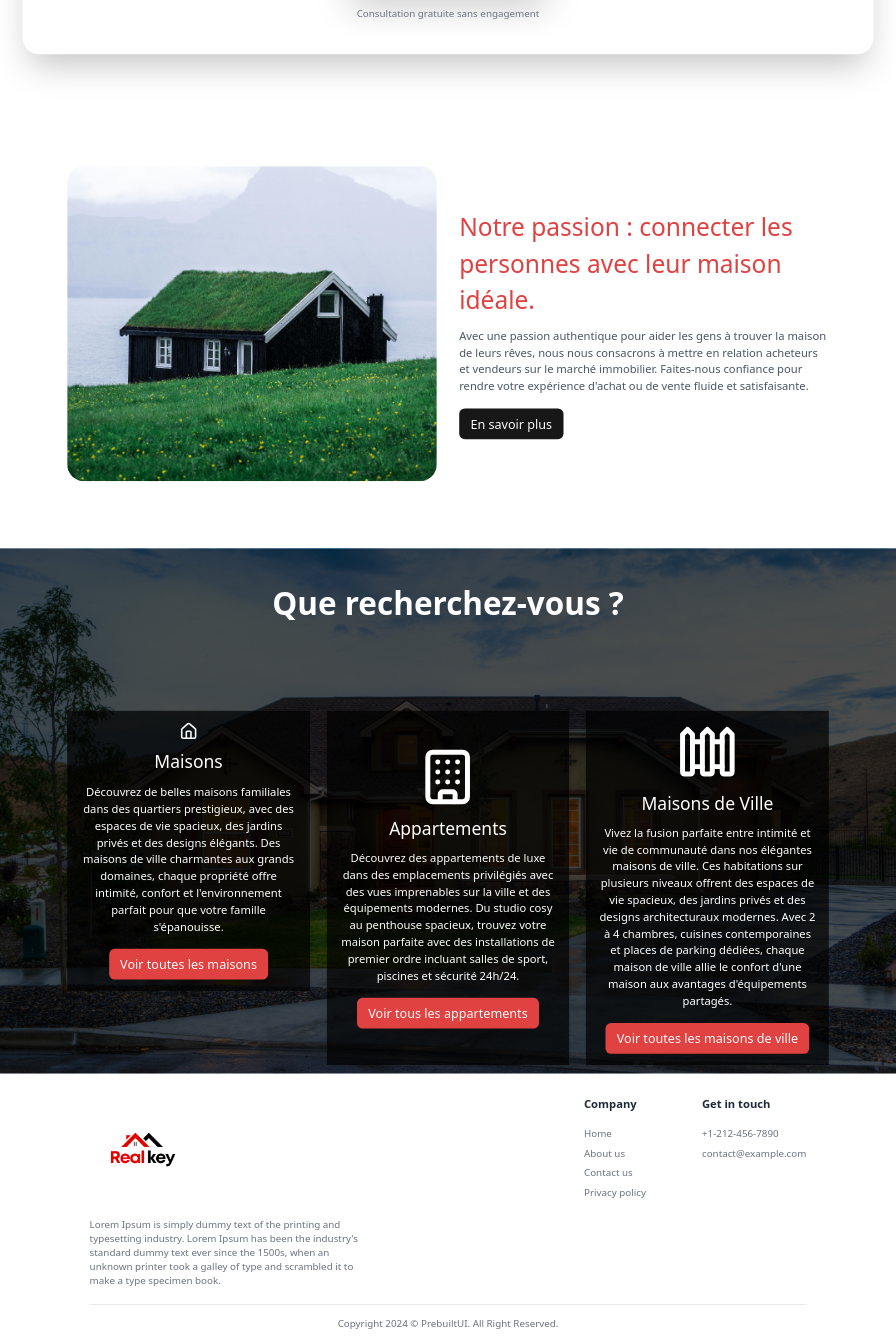
Repository: lamatmed/Real-Key
Page: /
These files come from the project's save history. The page is drawn as it stood at one moment and after a run of saves; the edit follows.
The browser window is 1280 px wide. The pictures show the part of the page from y = 3539 to 5459 px (the page is 5459 px tall before and 5439 px after), at 70% of full size.
The page's requests for data from a server got no answer. The project was rebuilt for these pictures with package versions that can differ from the ones it lists, and the page was loaded fresh each time. Some packages were replaced by stand-ins written for this rebuild. The framework's server and built-in components were replaced by stand-ins that run in the browser. No one was signed in, and anything a server would have sent is missing. Also part of the build but not shown: next.config.ts, app/_components/PropertyCard.tsx.

Above is the page before, as saved 2025-09-28 15:17:07.

### app/layout.tsx
import type { Metadata } from "next";
import { Geist, Geist_Mono } from "next/font/google";
import './globals.css'
import { ClerkProvider } from "@clerk/nextjs";
import { ConvexClientProvider } from "./ConvexClientProvider";
import Navbar from "./_components/Navbar";
import ConnectUserToConvext from "./ConnectUserToConvext";
import Footer from "./_components/Footer";

const geistSans = Geist({
  variable: "--font-geist-sans",
  subsets: ["latin"],
});

const geistMono = Geist_Mono({
  variable: "--font-geist-mono",
  subsets: ["latin"],
});

export const metadata: Metadata = {
  title: "Real Key",
  description: "Full Real Estate website",
};

export default function RootLayout({
  children,
}: Readonly<{
  children: React.ReactNode;
}>) {
  return (
    <ConvexClientProvider>
     <ClerkProvider>
    <html lang="en">
      <body
        className={`${geistSans.variable} ${geistMono.variable} antialiased`}
      >

        <Navbar/>
       <ConnectUserToConvext/>
        {children}
        <Footer/>

      </body>
    </html>
    </ClerkProvider>
    </ConvexClientProvider>
  );
}

### app/page.tsx

import Hero from "./_components/Hero";
import FeaturedProperties from "./_components/FeaturedProperties";
import WhatWeDo from "./_components/WhatWeDo";
import ConnectingPeople from "./_components/ConnectingPeople";
import WhatClientWant from "./_components/WhatClientWant";

export default function Home() {
  return (
    <div className="">

      <Hero/>
      <FeaturedProperties/>
      <WhatWeDo/>
      <ConnectingPeople/>
      <WhatClientWant/>

    </div>
  )
}

### app/globals.css
@import "tailwindcss";
@import "tw-animate-css";

@custom-variant dark (&:is(.dark *));

@theme inline {
  --color-background: var(--background);
  --color-foreground: var(--foreground);
  --font-sans: var(--font-geist-sans);
  --font-mono: var(--font-geist-mono);
  --color-sidebar-ring: var(--sidebar-ring);
  --color-sidebar-border: var(--sidebar-border);
  --color-sidebar-accent-foreground: var(--sidebar-accent-foreground);
  --color-sidebar-accent: var(--sidebar-accent);
  --color-sidebar-primary-foreground: var(--sidebar-primary-foreground);
  --color-sidebar-primary: var(--sidebar-primary);
  --color-sidebar-foreground: var(--sidebar-foreground);
  --color-sidebar: var(--sidebar);
  --color-chart-5: var(--chart-5);
  --color-chart-4: var(--chart-4);
  --color-chart-3: var(--chart-3);
  --color-chart-2: var(--chart-2);
  --color-chart-1: var(--chart-1);
  --color-ring: var(--ring);
  --color-input: var(--input);
  --color-border: var(--border);
  --color-destructive: var(--destructive);
  --color-accent-foreground: var(--accent-foreground);
  --color-accent: var(--accent);
  --color-muted-foreground: var(--muted-foreground);
  --color-muted: var(--muted);
  --color-secondary-foreground: var(--secondary-foreground);
  --color-secondary: var(--secondary);
  --color-primary-foreground: var(--primary-foreground);
  --color-primary: var(--primary);
  --color-popover-foreground: var(--popover-foreground);
  --color-popover: var(--popover);
  --color-card-foreground: var(--card-foreground);
  --color-card: var(--card);
  --radius-sm: calc(var(--radius) - 4px);
  --radius-md: calc(var(--radius) - 2px);
  --radius-lg: var(--radius);
  --radius-xl: calc(var(--radius) + 4px);
}

h2{
  position: relative;
  display: inline-block;
  color: black;
  font-size: 35px;

}

h2::before{
  position: absolute;
  content: "";
  width: 50%;
  height: 4px;
  background-color: #e04141;
  bottom: 0;
  left: 0;
}

:root {
  --radius: 0.625rem;
  --background: oklch(1 0 0);
  --foreground: oklch(0.145 0 0);
  --card: oklch(1 0 0);
  --card-foreground: oklch(0.145 0 0);
  --popover: oklch(1 0 0);
  --popover-foreground: oklch(0.145 0 0);
  --primary: oklch(0.205 0 0);
  --primary-foreground: oklch(0.985 0 0);
  --secondary: oklch(0.97 0 0);
  --secondary-foreground: oklch(0.205 0 0);
  --muted: oklch(0.97 0 0);
  --muted-foreground: oklch(0.556 0 0);
  --accent: oklch(0.97 0 0);
  --accent-foreground: oklch(0.205 0 0);
  --destructive: oklch(0.577 0.245 27.325);
  --border: oklch(0.922 0 0);
  --input: oklch(0.922 0 0);
  --ring: oklch(0.708 0 0);
  --chart-1: oklch(0.646 0.222 41.116);
  --chart-2: oklch(0.6 0.118 184.704);
  --chart-3: oklch(0.398 0.07 227.392);
  --chart-4: oklch(0.828 0.189 84.429);
  --chart-5: oklch(0.769 0.188 70.08);
  --sidebar: oklch(0.985 0 0);
  --sidebar-foreground: oklch(0.145 0 0);
  --sidebar-primary: oklch(0.205 0 0);
  --sidebar-primary-foreground: oklch(0.985 0 0);
  --sidebar-accent: oklch(0.97 0 0);
  --sidebar-accent-foreground: oklch(0.205 0 0);
  --sidebar-border: oklch(0.922 0 0);
  --sidebar-ring: oklch(0.708 0 0);
}

.dark {
  --background: oklch(0.145 0 0);
  --foreground: oklch(0.985 0 0);
  --card: oklch(0.205 0 0);
  --card-foreground: oklch(0.985 0 0);
  --popover: oklch(0.205 0 0);
  --popover-foreground: oklch(0.985 0 0);
  --primary: oklch(0.922 0 0);
  --primary-foreground: oklch(0.205 0 0);
  --secondary: oklch(0.269 0 0);
  --secondary-foreground: oklch(0.985 0 0);
  --muted: oklch(0.269 0 0);
  --muted-foreground: oklch(0.708 0 0);
  --accent: oklch(0.269 0 0);
  --accent-foreground: oklch(0.985 0 0);
  --destructive: oklch(0.704 0.191 22.216);
  --border: oklch(1 0 0 / 10%);
  --input: oklch(1 0 0 / 15%);
  --ring: oklch(0.556 0 0);
  --chart-1: oklch(0.488 0.243 264.376);
  --chart-2: oklch(0.696 0.17 162.48);
  --chart-3: oklch(0.769 0.188 70.08);
  --chart-4: oklch(0.627 0.265 303.9);
  --chart-5: oklch(0.645 0.246 16.439);
  --sidebar: oklch(0.205 0 0);
  --sidebar-foreground: oklch(0.985 0 0);
  --sidebar-primary: oklch(0.488 0.243 264.376);
  --sidebar-primary-foreground: oklch(0.985 0 0);
  --sidebar-accent: oklch(0.269 0 0);
  --sidebar-accent-foreground: oklch(0.985 0 0);
  --sidebar-border: oklch(1 0 0 / 10%);
  --sidebar-ring: oklch(0.556 0 0);
}

@layer base {
  * {
    @apply border-border outline-ring/50;
  }
  body {
    @apply bg-background text-foreground;
  }
}

### app/ConvexClientProvider.tsx
"use client";

import { ConvexProvider, ConvexReactClient } from "convex/react";
import { ReactNode } from "react";

// جلب العنوان من الـ environment variable
const address = process.env.NEXT_PUBLIC_CONVEX_URL;

// حماية إضافية لو المتغير مش موجود
if (!address) {
  throw new Error(
    "❌ NEXT_PUBLIC_CONVEX_URL is not defined. تأكد من إضافة المتغير داخل Vercel Environment Variables."
  );
}

// إنشاء عميل Convex
const convex = new ConvexReactClient(address);

export function ConvexClientProvider({ children }: { children: ReactNode }) {
  return <ConvexProvider client={convex}>{children}</ConvexProvider>;
}

### app/ConnectUserToConvext.tsx
"use client"
import { api } from '@/convex/_generated/api'
import { useUser } from '@clerk/nextjs'
import { useMutation } from 'convex/react'
import React, { useEffect } from 'react'

function ConnectUserToConvext() {

    const {user} = useUser()

    const updateUser = useMutation(api.users.updateUser)
    useEffect(()=>{
        if(!user){
            return
        }
        const syncUser= async()=>{
            try {
               await updateUser({
                userId:user.id,
                name:`${user?.firstName ?? "" } ${user?.lastName ?? ""}`,
               email: user.emailAddresses[0]?.emailAddress ?? "",
               })
            } catch (error) {
                 console.error("Error syncing user:", error);
            }
        }
        syncUser()
    },[user,updateUser])

    return null


}

export default ConnectUserToConvext

### app/_components/Footer.tsx
import Image from "next/image";

 function Footer() {
    return (
        <footer className="px-6 md:px-16 lg:px-24 xl:px-32 pt-8 w-full text-gray-500 ">
            <div className="flex flex-col md:flex-row justify-between w-full gap-10 border-b border-gray-500/30 pb-6">
                <div className="md:max-w-96">
            <Image alt="image" src="/logoFooter.png" width={150} height={150}/>
                    <p className="mt-6 text-sm">
                        Lorem Ipsum is simply dummy text of the printing and typesetting industry.
                        Lorem Ipsum has been the industry's standard dummy text ever since the 1500s,
                        when an unknown printer took a galley of type and scrambled it to make a type specimen book.
                    </p>
                </div>
                <div className="flex-1 flex items-start md:justify-end gap-20">
                    <div>
                        <h1 className="font-semibold mb-5 text-gray-800">Company</h1>
                        <ul className="text-sm space-y-2">
                            <li><a href="#">Home</a></li>
                            <li><a href="#">About us</a></li>
                            <li><a href="#">Contact us</a></li>
                            <li><a href="#">Privacy policy</a></li>
                        </ul>
                    </div>
                    <div>
                        <h1 className="font-semibold mb-5 text-gray-800">Get in touch</h1>
                        <div className="text-sm space-y-2">
                            <p>+1-212-456-7890</p>
                            <p>contact@example.com</p>
                        </div>
                    </div>
                </div>
            </div>
            <p className="pt-4 text-center text-xs md:text-sm pb-5">
                Copyright 2024 © <a href="https://prebuiltui.com">PrebuiltUI</a>. All Right Reserved.
            </p>
        </footer>
    );
};
export default Footer

### app/_components/Hero.tsx
import { Button } from '@/components/ui/button'
import Image from 'next/image'
import Link from 'next/link'
import React from 'react'

function Hero() {
  return (
    <div className='relative overflow-hidden h-[750px] w-full'>
        <Image
          alt='Bannière principale'
          fill
          className='w-full h-[750px] object-cover'
          src="/hero.jpg"
          priority
        />

      <div className='absolute inset-0 bg-black/80'></div>

      <div className='absolute inset-0 flex items-center justify-center'>
        <div className='text-center px-4 max-w-4xl'>
          <h1 className='text-4xl sm:text-5xl md:text-7xl font-bold mb-6 text-white'>
            Bienvenue chez
            <span className='block text-[#e04141] mt-2'>Real Key</span>
          </h1>

          <p className='text-lg md:text-xl lg:text-2xl mb-8 text-gray-200 max-w-3xl mx-auto'>
            Nous proposons des solutions innovantes et des services premium pour vous aider à atteindre vos objectifs et réussir dans le monde de l'immobilier.
          </p>

          <Link href="/properties">
            <Button className='bg-[#e04141] hover:bg-[#c03939] text-white px-8 py-6 text-lg'>
              Commencer Maintenant
            </Button>
          </Link>
        </div>
      </div>
    </div>
  )
}

export default Hero

### app/_components/ConnectingPeople.tsx
import { Button } from '@/components/ui/button'
import Image from 'next/image'
import React from 'react'

function ConnectingPeople() {
  return (
    <div className='p-24 items-center grid grid-cols-1 lg:grid-cols-2 gap-8'>

        <Image  className='rounded-3xl w-full h-[450px] object-cover' width={800} height={800} alt='image' src="/house.jpg"/>

        <div>
   <h1 className='text-[35px] text-[#e04141]'>Notre passion : connecter les personnes avec leur maison idéale.</h1>
   <p className='text-gray-600 mt-3'>Avec une passion authentique pour aider les gens à trouver la maison de leurs rêves, nous nous consacrons à mettre en relation acheteurs et vendeurs sur le marché immobilier. Faites-nous confiance pour rendre votre expérience d'achat ou de vente fluide et satisfaisante.</p>

   <Button className='mt-5'>En savoir plus</Button>

        </div>
    </div>
  )
}

export default ConnectingPeople

### app/_components/WhatClientWant.tsx
import { Button } from '@/components/ui/button'
import { Building, Fence, House } from 'lucide-react'
import Image from 'next/image'
import Link from 'next/link'
import React from 'react'

function WhatClientWant() {
  return (
   <div className='relative h-[1750px]  lg:h-[750px] w-full'>

        <Image alt='hero' fill className='w-full   h-[750px] object-cover ' src="/whatClientWant.jpg"/>


      <div className='absolute inset-0 bg-black/70  z-10'></div>


    <div className='absolute inset-0 z-20 flex flex-col justify-center'>
    <div className='flex items-center justify-center mt-32'>


     <h1 className='text-[45px] font-bold mb-6 text-white '>
  Que recherchez-vous ?
          </h1>
           </div>
      <div className=' grid grid-cols-1 lg:grid-cols-3 text-white gap-6 text-center p-24'>

      <div className='p-4 flex flex-col items-center h-[400px]   justify-center  bg-black/70 '>
        <House className="w-[55px] h-[55px] md:w-[85px] md:h-[85px]"/>
        <h3 className='my-3 text-[25px]'>Maisons</h3>
        <p>Découvrez de belles maisons familiales dans des quartiers prestigieux, avec des espaces de vie spacieux, des jardins privés et des designs élégants. Des maisons de ville charmantes aux grands domaines, chaque propriété offre intimité, confort et l'environnement parfait pour que votre famille s'épanouisse.</p>


 <Link href="/properties?type=house">

        <Button className='bg-[#e04141] mt-5'>Voir toutes les maisons</Button>
    </Link>

      </div>


           <div className='p-4 flex flex-col items-center  justify-center bg-black/70 '>
        <Building className="w-[55px] h-[55px] md:w-[85px] md:h-[85px]"/>
        <h3 className='my-3  text-[25px]'>Appartements</h3>
        <p>Découvrez des appartements de luxe dans des emplacements privilégiés avec des vues imprenables sur la ville et des équipements modernes. Du studio cosy au penthouse spacieux, trouvez votre maison parfaite avec des installations de premier ordre incluant salles de sport, piscines et sécurité 24h/24.</p>

 <Link href="/properties?type=apartment">

 <Button className='bg-[#e04141] mt-5'>Voir tous les appartements</Button>
</Link>
      </div>


         <div className='p-4 flex flex-col items-center  justify-center bg-black/70 '>
        <Fence className="w-[55px] h-[55px] md:w-[85px] md:h-[85px]"/>
        <h3 className='my-3  text-[25px]'>Maisons de Ville</h3>
        <p>Vivez la fusion parfaite entre intimité et vie de communauté dans nos élégantes maisons de ville. Ces habitations sur plusieurs niveaux offrent des espaces de vie spacieux, des jardins privés et des designs architecturaux modernes. Avec 2 à 4 chambres, cuisines contemporaines et places de parking dédiées, chaque maison de ville allie le confort d'une maison aux avantages d'équipements partagés.</p>
<Link href="/properties?type=townhouse">
 <Button  className='bg-[#e04141] mt-5'>Voir toutes les maisons de ville</Button>
</Link>
      </div>
      </div>

      </div>

    </div>
  )
}

export default WhatClientWant

### components/ui/button.tsx
import * as React from "react"
import { Slot } from "@radix-ui/react-slot"
import { cva, type VariantProps } from "class-variance-authority"

import { cn } from "@/lib/utils"

const buttonVariants = cva(
  "inline-flex items-center justify-center gap-2 whitespace-nowrap rounded-md text-lg font-medium transition-all disabled:pointer-events-none disabled:opacity-50 [&_svg]:pointer-events-none [&_svg:not([class*='size-'])]:size-4 shrink-0 [&_svg]:shrink-0 outline-none focus-visible:border-ring focus-visible:ring-ring/50 focus-visible:ring-[3px] aria-invalid:ring-destructive/20 dark:aria-invalid:ring-destructive/40 aria-invalid:border-destructive",
  {
    variants: {
      variant: {
        default: "bg-primary text-primary-foreground hover:bg-primary/90 cursor-pointer",
        destructive:
          "bg-destructive text-white hover:bg-destructive/90 focus-visible:ring-destructive/20 dark:focus-visible:ring-destructive/40 dark:bg-destructive/60",
        outline:
          "border bg-background shadow-xs hover:bg-accent hover:text-accent-foreground dark:bg-input/30 dark:border-input dark:hover:bg-input/50",
        secondary:
          "bg-secondary text-secondary-foreground hover:bg-secondary/80",
        ghost:
          "hover:bg-accent hover:text-accent-foreground dark:hover:bg-accent/50",
        link: "text-primary underline-offset-4 hover:underline",
      },
      size: {
        default: " px-4 py-2 has-[>svg]:px-3",
        sm: "h-8 rounded-md gap-1.5 px-3 has-[>svg]:px-2.5",
        lg: "h-10 rounded-md px-6 has-[>svg]:px-4",
        icon: "size-9",
      },
    },
    defaultVariants: {
      variant: "default",
      size: "default",
    },
  }
)

function Button({
  className,
  variant,
  size,
  asChild = false,
  ...props
}: React.ComponentProps<"button"> &
  VariantProps<typeof buttonVariants> & {
    asChild?: boolean
  }) {
  const Comp = asChild ? Slot : "button"

  return (
    <Comp
      data-slot="button"
      className={cn(buttonVariants({ variant, size, className }))}
      {...props}
    />
  )
}

export { Button, buttonVariants }

Loaded but not shown: convex/_generated/api.js (common file); lib/utils.ts (common file); app/_components/FeaturedProperties.tsx (113 lines, source omitted); app/_components/WhatWeDo.tsx (122 lines, source omitted); app/_components/Navbar.tsx (149 lines, source omitted)

After the next 2 saves:
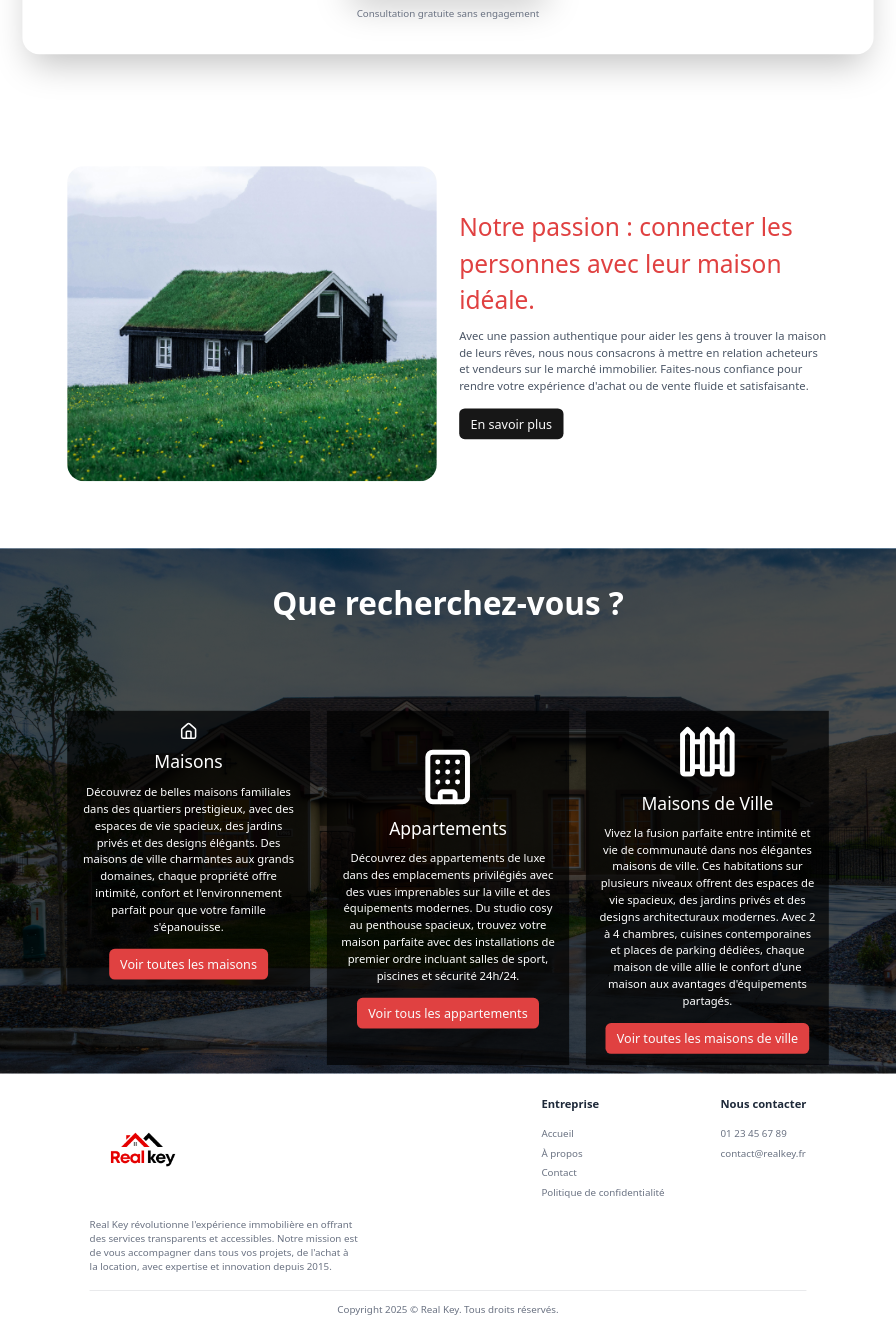
The 2 saves are shown as one change because they came seconds apart.
The last was saved 101 s later.
--- a/app/_components/Footer.tsx
+++ b/app/_components/Footer.tsx
@@ -1,38 +1,38 @@
 import Image from "next/image";
 
- function Footer() {
+function Footer() {
     return (
         <footer className="px-6 md:px-16 lg:px-24 xl:px-32 pt-8 w-full text-gray-500 ">
             <div className="flex flex-col md:flex-row justify-between w-full gap-10 border-b border-gray-500/30 pb-6">
                 <div className="md:max-w-96">
             <Image alt="image" src="/logoFooter.png" width={150} height={150}/>
                     <p className="mt-6 text-sm">
-                        Lorem Ipsum is simply dummy text of the printing and typesetting industry.
-                        Lorem Ipsum has been the industry's standard dummy text ever since the 1500s,
-                        when an unknown printer took a galley of type and scrambled it to make a type specimen book.
+                        Real Key révolutionne l'expérience immobilière en offrant des services transparents et accessibles.
+                        Notre mission est de vous accompagner dans tous vos projets, de l'achat à la location,
+                        avec expertise et innovation depuis 2015.
                     </p>
                 </div>
                 <div className="flex-1 flex items-start md:justify-end gap-20">
                     <div>
-                        <h1 className="font-semibold mb-5 text-gray-800">Company</h1>
+                        <h1 className="font-semibold mb-5 text-gray-800">Entreprise</h1>
                         <ul className="text-sm space-y-2">
-                            <li><a href="#">Home</a></li>
-                            <li><a href="#">About us</a></li>
-                            <li><a href="#">Contact us</a></li>
-                            <li><a href="#">Privacy policy</a></li>
+                            <li><a href="/">Accueil</a></li>
+                            <li><a href="/about">À propos</a></li>
+                            <li><a href="/contact">Contact</a></li>
+                            <li><a href="/privacy">Politique de confidentialité</a></li>
                         </ul>
                     </div>
                     <div>
-                        <h1 className="font-semibold mb-5 text-gray-800">Get in touch</h1>
+                        <h1 className="font-semibold mb-5 text-gray-800">Nous contacter</h1>
                         <div className="text-sm space-y-2">
-                            <p>+1-212-456-7890</p>
-                            <p>contact@example.com</p>
+                            <p>01 23 45 67 89</p>
+                            <p>contact@realkey.fr</p>
                         </div>
                     </div>
                 </div>
             </div>
             <p className="pt-4 text-center text-xs md:text-sm pb-5">
-                Copyright 2024 © <a href="https://prebuiltui.com">PrebuiltUI</a>. All Right Reserved.
+                Copyright 2025 © <a href="/">Real Key</a>. Tous droits réservés.
             </p>
         </footer>
     );
